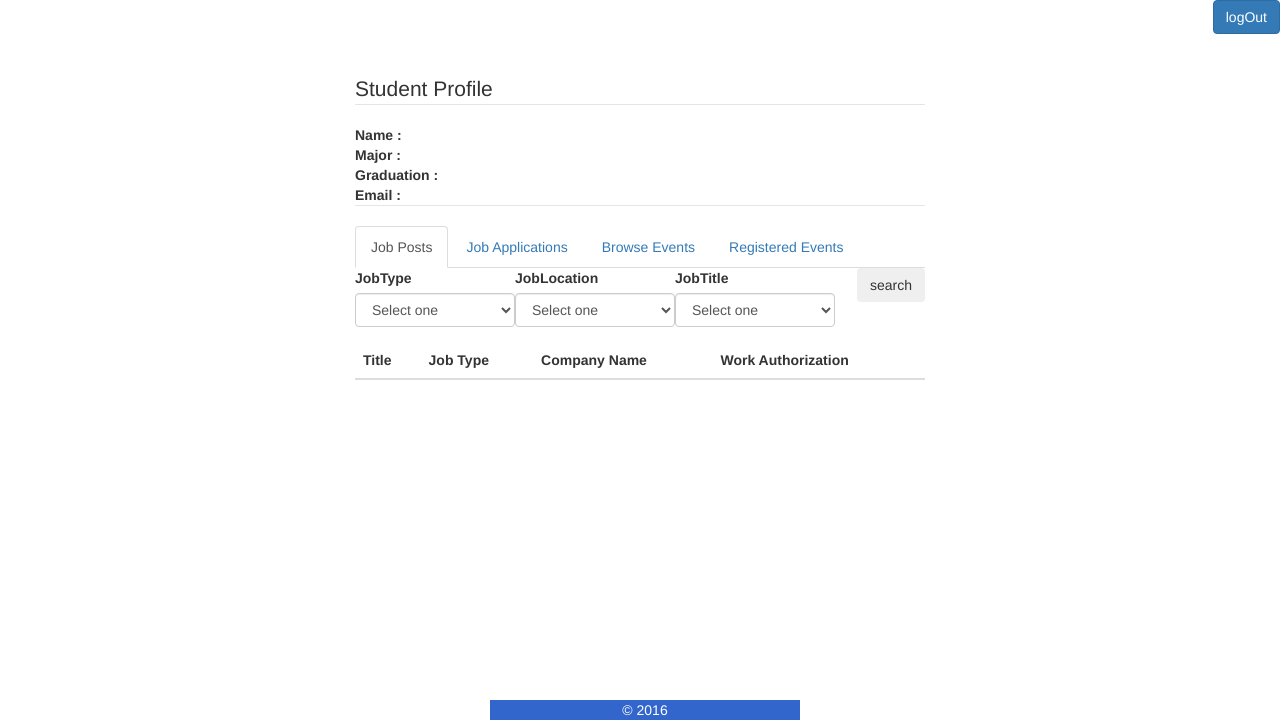
Repository: merlynfrank/AcademicProjects
Page: http://localhost/studenthome
An editor plug-in stored every save of this project. The page is shown before and after the next save, followed by the edit.
The browser window is 1280 px wide. The pictures show the whole page.
The page is this project's Thymeleaf template; nobody is signed in. The template is opened directly, without the code that normally fills it, so the values that code supplies are empty.

Above is the page before, as saved 2018-12-01 06:56:26.

### smith-is-internship/src/main/resources/templates/studenthome.html
<!DOCTYPE html>
<html xmlns:th="http://thymeleaf.org">
<head>
<link th:href="@{/css/bootstrap.min.css}" rel="stylesheet"
	type="text/css"></link>
<link th:href="@{/css/layout.css}" rel="stylesheet" type="text/css"></link>
<script type="text/javascript" th:src="@{/js/jquery-3.1.0.min.js}"></script>
<script type="text/javascript" th:src="@{/js/bootstrap.min.js}"></script>
</head>

<style>

.footer {
	position: absolute;
	right: 37.5%;
	left: 50%;
	bottom: 0px;
	width: 100;
	background: #3366cc;
	color: white;
	text-align: center;
	margin-left: -150px
}

.FixedHeightContainer
{
  float:right;
  height: 250px;

  padding:3px;

}
.Content
{
  height:224px;
   overflow:auto;
    background:#fff;
}
</style>
<body>
	<!-- LogOut button -->
	<form th:action="@{/login}" th:object="${loginForm}">
		<div align="right">
			<button id="logOut" name="logOut" class="btn btn-primary">logOut</button>
		</div>
	</form>
	<br />
	<br />
	<div class="container">

		<fieldset>

			<!-- Form Name -->
			<legend>Student Profile</legend>
			<table>
				<tr>
					<th>Name :</th>
					<td><span th:text="${fname}"> ${fname} </span><span
						th:text="${lname}">${lname}</span></td>
				</tr>
				<tr>
					<th>Major :</th>
					<td><span th:text="${major}"> ${major} </span></td>
				</tr>
				<tr>
					<th>Graduation :</th>
					<td><span th:text="${graduation}"> ${graduation} </span></td>
				</tr>
				<tr>
					<th>Email :</th>
					<td><span th:text="${email}"> ${email} </span></td>
				</tr>
			</table>

		</fieldset>


		<script type="text/javascript" th:src="@{/js/jquery-3.1.0.min.js}"></script>
		<script type="text/javascript" th:src="@{/js/bootstrap.min.js}"></script>
	</div>

	<!-- Table for Search jobs and Applied jobs -->
	<div class="container">
		<legend></legend>
	</div>

	<div id="exTab2" class="container">
		<ul class="nav nav-tabs">
			<li class="active"><a href="#1" data-toggle="tab">Job Posts</a>
			</li>
			<li><a href="#2" data-toggle="tab">Job Applications</a></li>
			<li><a href="#3" data-toggle="tab">Browse Events</a></li>
			<li><a href="#4" data-toggle="tab">Registered Events</a></li>
		</ul>

		<div class="tab-content ">
			<div class="tab-pane active" id="1">
				<form class="form-horizontal" th:action="@{/jobsearch}"
					th:object="${jobSearchForm}" method="post">
					<div class="form-group col-md-4">
						<label for="jobType">JobType</label> <select id="jobType"
							class="form-control">
							<option selected="selected">Select one</option>
							<option>Analyst</option>
						</select>
					</div>
					<div class="form-group col-md-4">
						<label for="jobType">JobLocation</label> <select id="joblocation"
							class="form-control">
							<option selected="selected">Select one</option>
							<option>Maryland</option>
							<option>DC</option>
						</select>
					</div>
					<div class="form-group col-md-4">
						<label for="jobType">JobTitle</label> <select id="jobTitle"
							class="form-control">
							<option selected="selected">Select one</option>
							<option>Data Analyst</option>
							<option>Business Analyst</option>
						</select>
					</div>
					<div align="right">
						<button id="search" name="search" class="btn">search</button>
					</div>
				</form>
				<div class="form-elegant">
					<table class="table table-hover table-striped">
					<thead class="thead-light">
					<tr>
						<th>Title</th>
						<th>Job Type</th>
						<th>Company Name</th>
						<th>Work Authorization</th>
					</tr>
					</thead>
						<div th:each="job : ${jobs}">
					<tr>
						<td><span th:text="${job.jobTitle}"/></td>
						<td><span th:text="${job.jobType}"/></td>
						<td><span th:text="${job.companyName}"/></td>
						<td><span th:text="${job.workAuthorization}"/></td>
					</tr>
					<tr>
						<td colspan="4">
							<p> Qualification: <span th:text="${job.qualification}"/><br/>
							Description  : <span th:text="${job.description}"/><br/>
							Salary : <span th:text="${job.salary}"/><br/>
							Expiration date : <span th:text="${job.expirationDate}"/><br/></p>
						</td>
					</tr>


						</div>
					</table>


				</div>

			</div>
			<div class="tab-pane" id="2">
				<h3>Notice the gap between the content and tab after applying a
					background color</h3>
			</div>
			<div class="tab-pane" id="3">
				<h3>add clearfix to tab-content (see the css)</h3>
			</div>
			<div class="tab-pane" id="4">
				<h3>add clearfix to tab-content (see the css)</h3>
			</div>
		</div>
	</div>


</body>
<div class="footer">&copy; 2016</div>

</html>

### smith-is-internship/src/main/resources/static/css/layout.css
.container {
    width: 600px;
    margin: auto;
}
.remember-me {
    text-align: center;
}
.btn-login {
    width: 100%;
}

Loaded but not shown: smith-is-internship/src/main/resources/static/css/bootstrap.min.css (library); smith-is-internship/src/main/resources/static/js/jquery-3.1.0.min.js (library); smith-is-internship/src/main/resources/static/js/bootstrap.min.js (library)

After the next save:
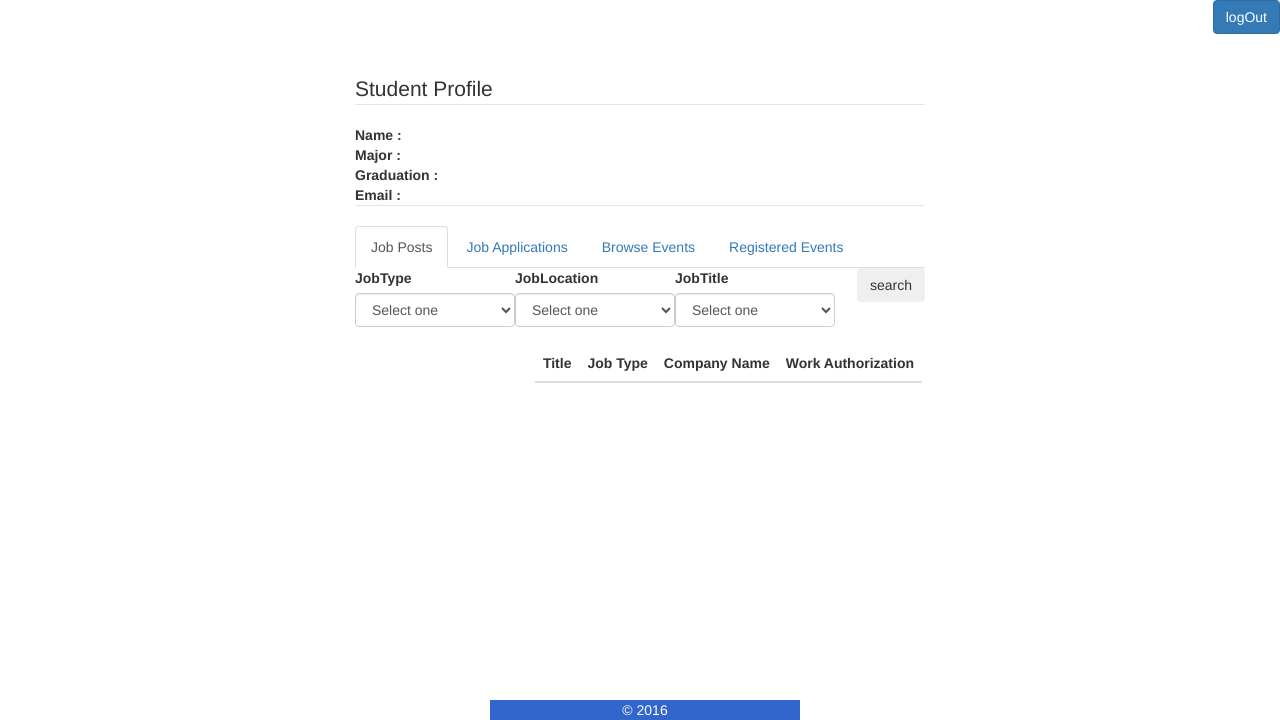
Saved 43 s later.
--- a/smith-is-internship/src/main/resources/templates/studenthome.html
+++ b/smith-is-internship/src/main/resources/templates/studenthome.html
@@ -124,7 +124,7 @@
 						<button id="search" name="search" class="btn">search</button>
 					</div>
 				</form>
-				<div class="form-elegant">
+				<div class="form-elegant FixedHeightContainer Content">
 					<table class="table table-hover table-striped">
 					<thead class="thead-light">
 					<tr>
